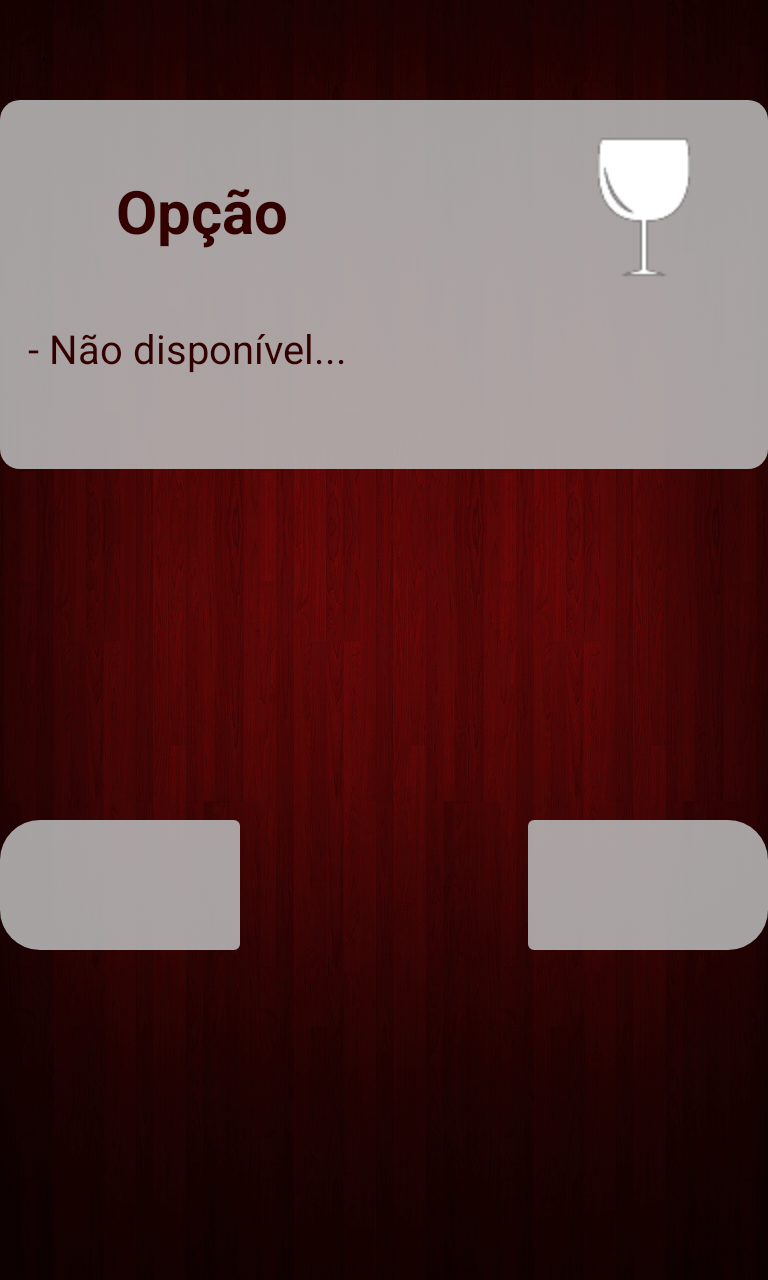
Repository: LuisFilipeDias/eMenu
Layout: SideMenuTutorial/res/layout/display_fragment.xml
An editor plug-in stored every save of this project. The layout is shown before and after the next save, followed by the edit.
It is drawn on a 768 x 1280 px phone screen (xhdpi) without system bars, with theme Theme.Sherlock; the app's code is not run.

Above is the layout before, as saved 2013-12-23 19:13:02.

After the next save:
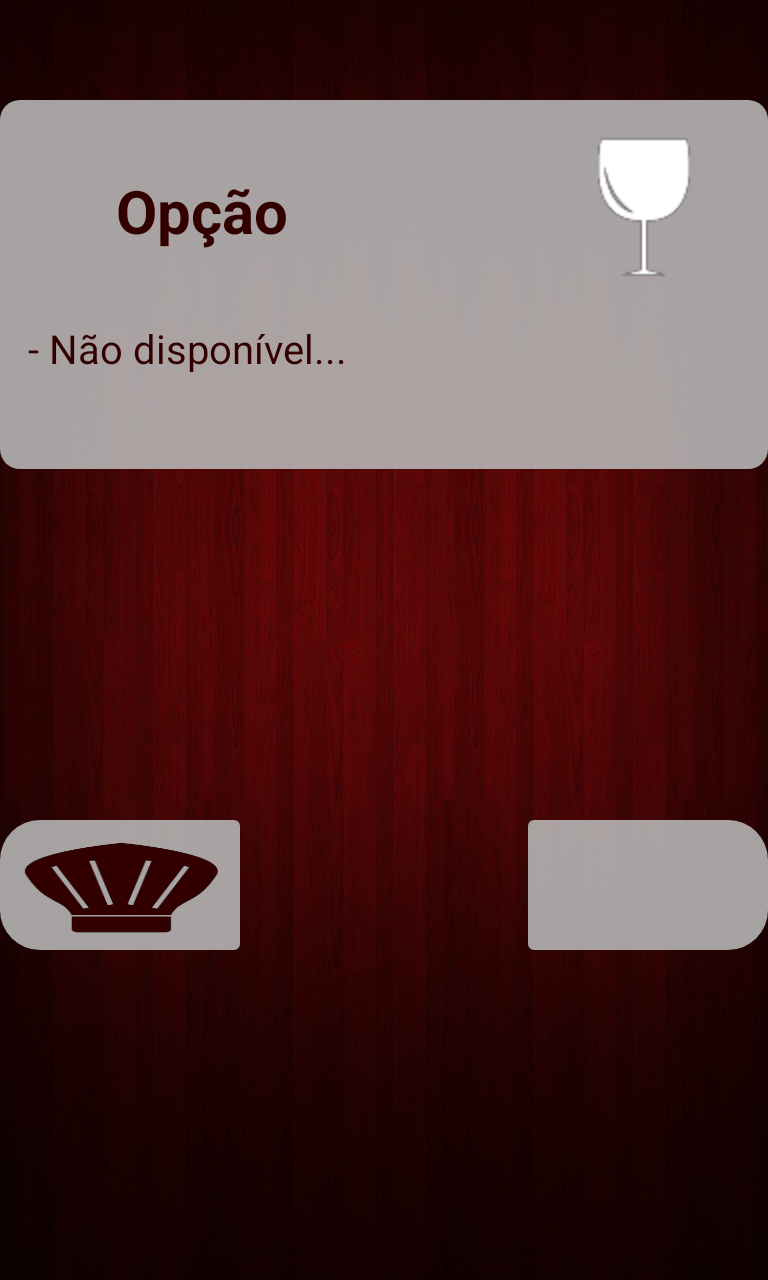
Saved 14 s later.
--- a/SideMenuTutorial/res/layout/display_fragment.xml
+++ b/SideMenuTutorial/res/layout/display_fragment.xml
@@ -142,7 +142,7 @@
                         android:id="@+id/txt_left_button"
                         android:layout_width="wrap_content"
                         android:layout_height="wrap_content"
-                        android:background="@drawable/center_clicked" />
+                        android:background="@drawable/menu_big" />
 	            </LinearLayout>
         	</RelativeLayout>
     </RelativeLayout>
